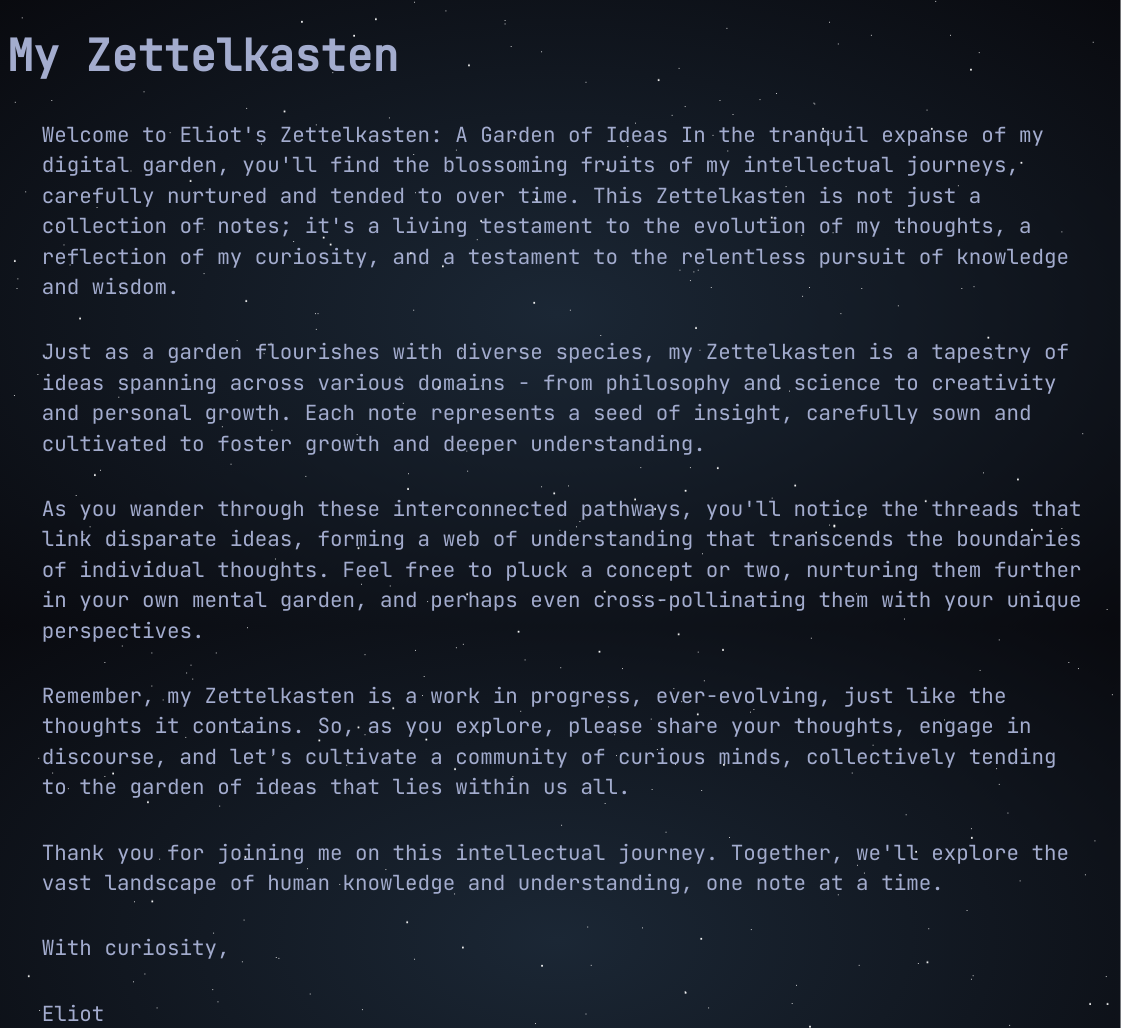
Repository: EliotKhachi/publicZk
Page: zettelkasten.html
An editor plug-in stored every save of this project. The page is shown before and after the next save, followed by the edit.
The browser window is 1280 px wide. The page is 1288 px wide, so the pictures cover 1288 px, including what lies to the right of the window. The pictures show the whole page, at 87% of full size.

Above is the page before, as saved 2023-10-01 17:35:09.

### zettelkasten.html
<!DOCTYPE html>
<html lang="en">
  <head>
    <meta charset="UTF-8" />
    <meta name="viewport" content="width=device-width, initial-scale=1.0" />
    <meta http-equiv="X-UA-Compatible" content="ie=edge" />
    <title>Eliot Khachi</title>
    <link rel="stylesheet" type="text/css" href="./zettelkasten.css" />
    <link
      href="https://fonts.googleapis.com/css2?family=JetBrains+Mono:wght@400&display=swap"
      rel="stylesheet"
    />
  </head>
  <body>
    <div class="wrapper">
      <div id="stars"></div>
      <div id="stars2"></div>
      <div id="stars3"></div>
    </div>
    <div class="parent">
      <h1 id="title">My Zettelkasten</h1>
      <div class="container">
        <p>
          Welcome to Eliot's Zettelkasten: A Garden of Ideas

In the tranquil expanse of my digital garden, you'll find the blossoming fruits of my intellectual journeys, carefully nurtured and tended to over time. This Zettelkasten is not just a collection of notes; it's a living testament to the evolution of my thoughts, a reflection of my curiosity, and a testament to the relentless pursuit of knowledge and wisdom.</p>


<p>Just as a garden flourishes with diverse species, my Zettelkasten is a tapestry of ideas spanning across various domains - from philosophy and science to creativity and personal growth. Each note represents a seed of insight, carefully sown and cultivated to foster growth and deeper understanding.</p>


<p>As you wander through these interconnected pathways, you'll notice the threads that link disparate ideas, forming a web of understanding that transcends the boundaries of individual thoughts. Feel free to pluck a concept or two, nurturing them further in your own mental garden, and perhaps even cross-pollinating them with your unique perspectives.</p>

<p>Remember, my Zettelkasten is a work in progress, ever-evolving, just like the thoughts it contains. So, as you explore, please share your thoughts, engage in discourse, and let's cultivate a community of curious minds, collectively tending to the garden of ideas that lies within us all.</p>

<p>Thank you for joining me on this intellectual journey. Together, we'll explore the vast landscape of human knowledge and understanding, one note at a time.</p>

<p>With curiosity,</p>

<p>Eliot</p>
      </div>
    </div>
    <script src="script.js"></script>
  </body>
</html>

### zettelkasten.css
@import "stars.css"; /* BACKGROUND CSS */

/* CSS VARIABLES */
:root {
  --primary-color: #a3acce;
  --background-color-light: #1b2735;
  --background-color-medium: #091320;
  --background-color-dark: #090a0f;
  --text-opacity: 70%;
  --text-opacity-on-hover: 100%;
}

/* GENERAL CSS */
html {
    height: 100%;
    width: 100%;
}

img {
  width: 100%;
  height: 100%;
}

body {
  height: 100%;
  width: 100%;
  overflow: auto;
  background: radial-gradient(
    ellipse,
    var(--background-color-light) 0%,
    var(--background-color-dark) 100%
  );
  color: var(--primary-color);
  font-family: "JetBrains Mono", monospace;
}

h1 {
    margin-top: 20px;
    font-size: 50px;
}

h2 {
  margin: 20px;
  margin-bottom: 0px;
  font-size: 36px;
  line-height: 45px;
}

p {
  margin: 40px;
  font-size: 24px;
  line-height: 35px;
}

a {
  color: white;
  text-decoration: none;
}

a:hover {
  text-decoration: underline;
}

ul {
    font-size: 20px;
    line-height: 30px;

}

th, td {
    font-size: 20px;
    border: 3px solid var(--primary-color);
    padding: 8px;
    text-align: left;
}
th {
    font: bold;
    background-color: var(--primary-color);
    color: var(--background-color-dark);
}

Loaded but not shown: stars.css (507 lines, source omitted); script.js (no copy from this time; the picture is the same without it)

After the next save:
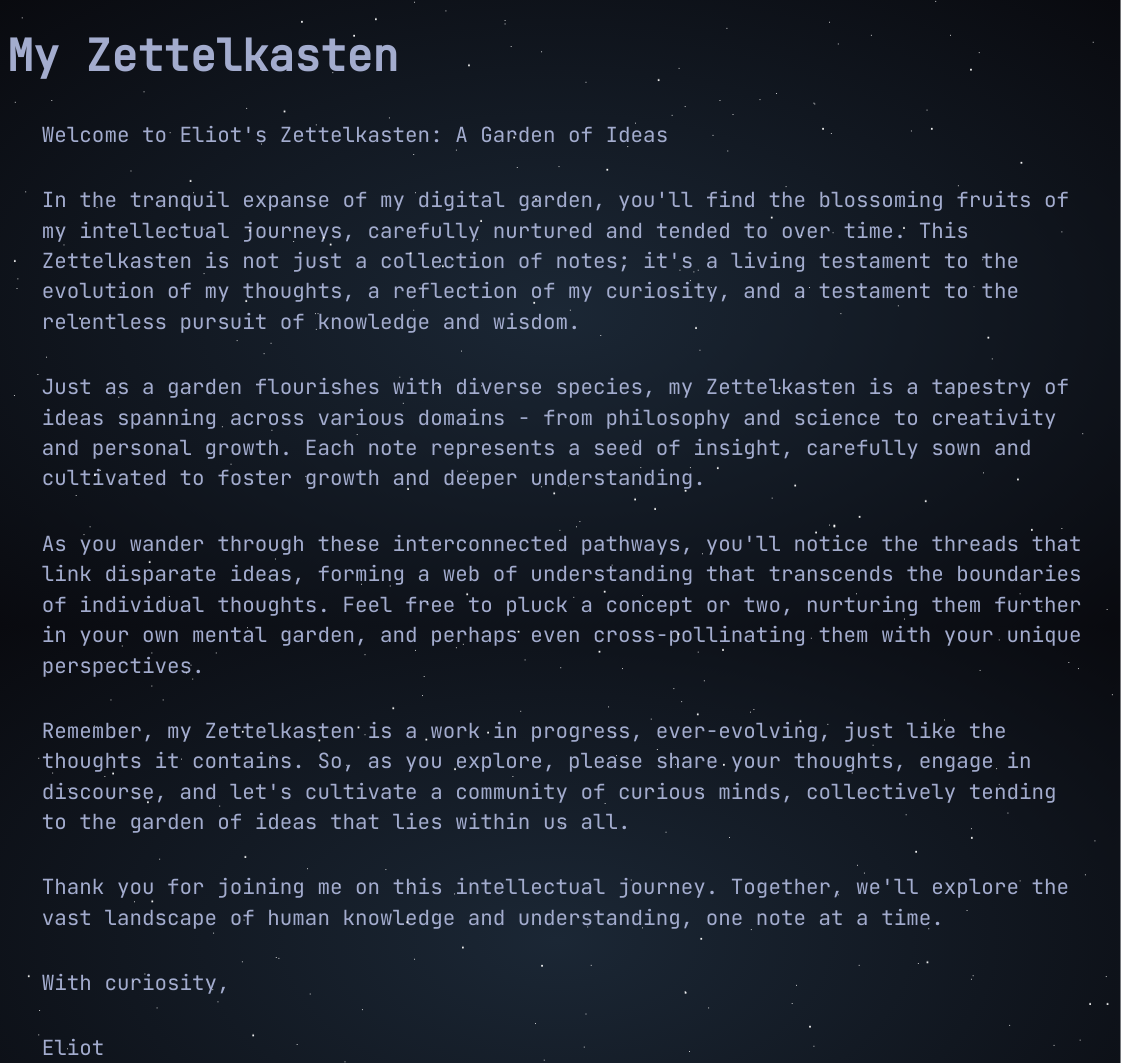
Saved 37 s later.
--- a/zettelkasten.html
+++ b/zettelkasten.html
@@ -23,7 +23,7 @@
         <p>
           Welcome to Eliot's Zettelkasten: A Garden of Ideas
 
-In the tranquil expanse of my digital garden, you'll find the blossoming fruits of my intellectual journeys, carefully nurtured and tended to over time. This Zettelkasten is not just a collection of notes; it's a living testament to the evolution of my thoughts, a reflection of my curiosity, and a testament to the relentless pursuit of knowledge and wisdom.</p>
+<p>In the tranquil expanse of my digital garden, you'll find the blossoming fruits of my intellectual journeys, carefully nurtured and tended to over time. This Zettelkasten is not just a collection of notes; it's a living testament to the evolution of my thoughts, a reflection of my curiosity, and a testament to the relentless pursuit of knowledge and wisdom.</p>
 
 
 <p>Just as a garden flourishes with diverse species, my Zettelkasten is a tapestry of ideas spanning across various domains - from philosophy and science to creativity and personal growth. Each note represents a seed of insight, carefully sown and cultivated to foster growth and deeper understanding.</p>
